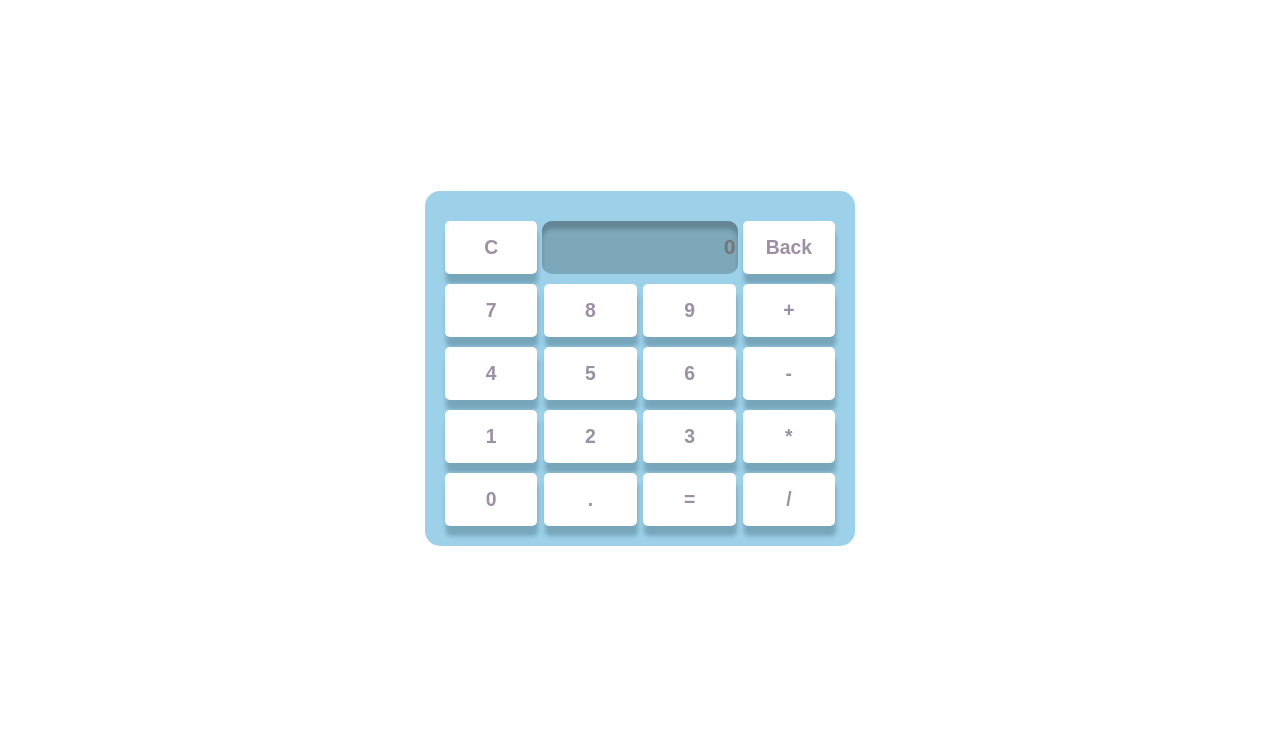
Repository: sem1103/calculator
Page: index.html
An editor plug-in stored every save of this project. The page is shown before and after the next save, followed by the edit.
The browser window is 1280 px wide. The pictures show the whole page.

Above is the page before, as saved 2023-11-02 11:51:10.

After the next save:
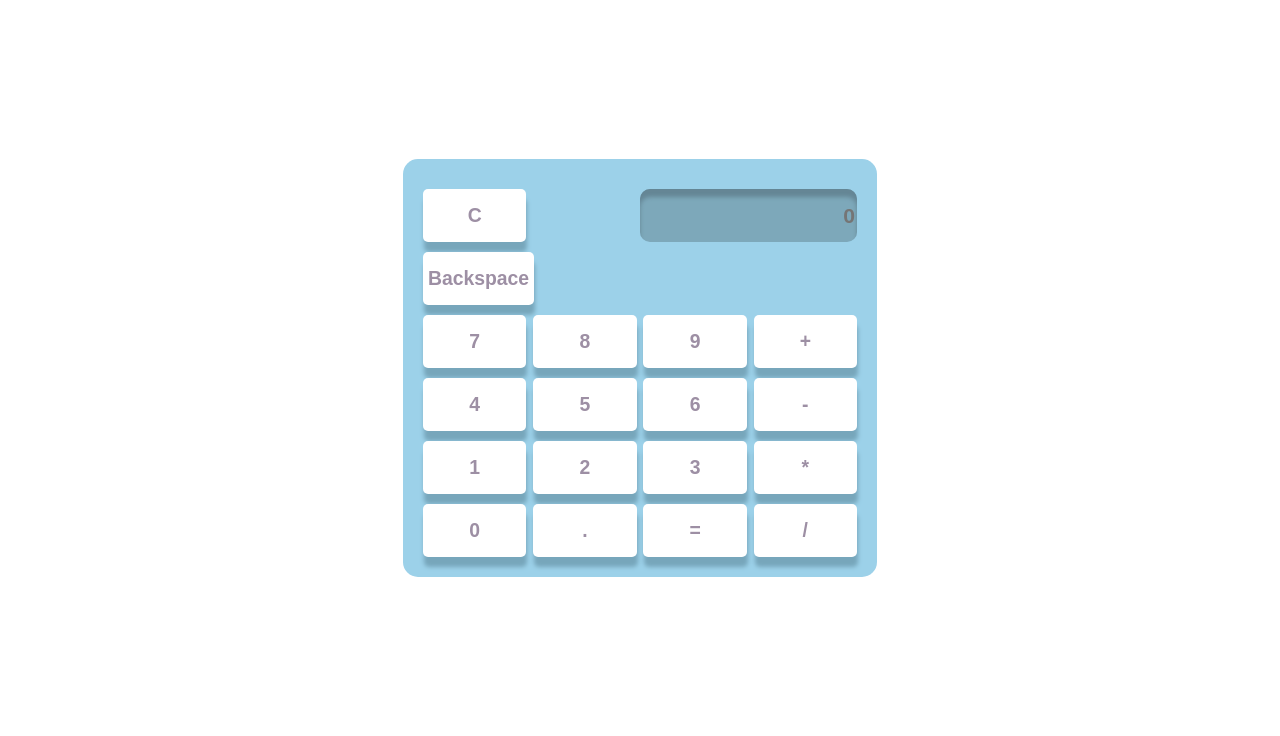
Saved 10 s later.
--- a/index.html
+++ b/index.html
@@ -90,7 +90,7 @@
                 <input id="display" class="calc__display" type="text" placeholder="0" oninput="setValueHandle(this)">
 
                 </input>
-                 <button onclick="clearDisplay()">Back</button>
+                 <button onclick="clearDisplay()">Backspace</button>
             </div>
             <div class="calc__main">
                 <button onkeydown="test(this)" onclick="setValueHandle(this)">7</button>

After the 2 saves that followed:
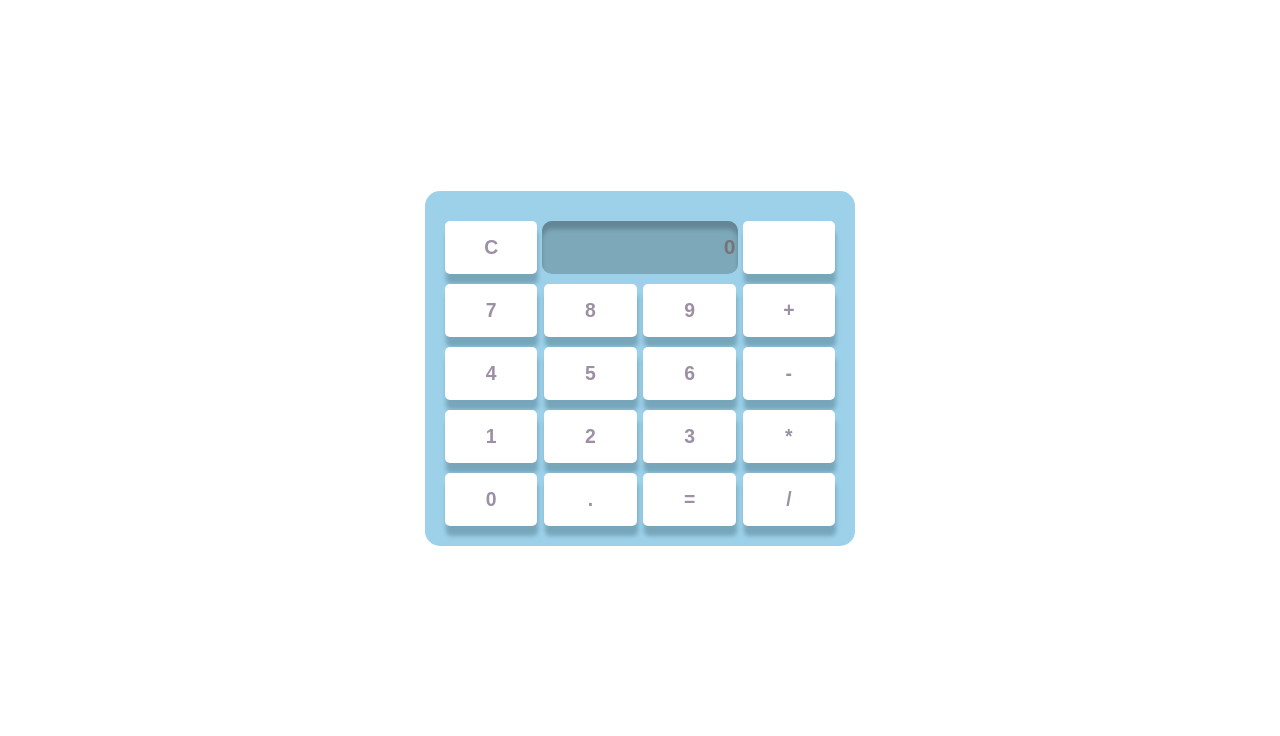
The 2 saves are shown as one change because 1 left the picture as it was.
The last was saved 69 s later.
--- a/index.html
+++ b/index.html
@@ -90,7 +90,7 @@
                 <input id="display" class="calc__display" type="text" placeholder="0" oninput="setValueHandle(this)">
 
                 </input>
-                 <button onclick="clearDisplay()">Backspace</button>
+                 <button onclick="backspace()"></button>
             </div>
             <div class="calc__main">
                 <button onkeydown="test(this)" onclick="setValueHandle(this)">7</button>
